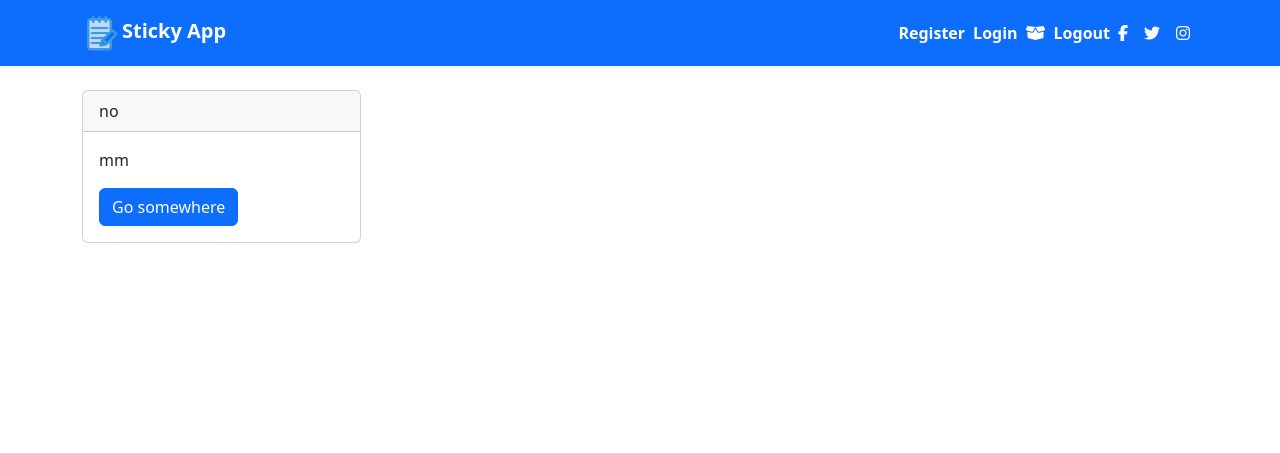
Repository: Mennaaymangalal/Sticky-App
Page: /note
The author's editor kept a copy of each file at every save. The page is drawn from the files as they stood at one save, then again after a run of saves.
The browser window is 1280 px wide. The pictures show the whole page.
The project was rebuilt for these pictures with package versions that can differ from the ones it lists, and the page was loaded fresh each time. Also part of the build but not shown: vite.config.js, src/Pages/Home/Home.jsx, src/Pages/Login/Login.jsx, src/Pages/NotFound/NotFound.jsx, src/Pages/SignUp/SignUp.jsx.

Above is the page before, as saved 2025-04-04 15:54:17.

### src/main.jsx
import { StrictMode } from 'react'
import { createRoot } from 'react-dom/client'
import App from './App.jsx'
import 'bootstrap/dist/css/bootstrap.min.css';
import '@fortawesome/fontawesome-free/css/all.min.css'

createRoot(document.getElementById('root')).render(
  <StrictMode>
    <App />
  </StrictMode>,
)

### src/App.jsx
import { createBrowserRouter, RouterProvider } from 'react-router-dom';
import MainLayout from './Layouts/MainLayout/MainLayout';
import Home from './Pages/Home/Home';
import Login from './Pages/Login/Login';
import NotFound from './Pages/NotFound/NotFound';
import Note from './Pages/Note/Note';
import AuthContextProvider from './Contexts/AuthContext/AuthContext';
import SignUp from './Pages/SignUp/SignUp';



function App() {
const router =  createBrowserRouter([
    {path:"" , element: <MainLayout/> , children:[
      {index:true , element:<Home/>},
      {path:"note" , element:<Note/>},
      {path:"login" , element:<Login/>},
      {path:"signup", element:<SignUp/>},
      {path:"*" , element:<NotFound/>},
    ]}
  ])

  return (
    <>
    <AuthContextProvider>
    <RouterProvider router={router}></RouterProvider>
    </AuthContextProvider>

    </>
  )
}

export default App

### src/Layouts/MainLayout/MainLayout.jsx
import React from 'react'
import NavbarCom from '../../Components/NavbarComp/NavbarCom'
import { Outlet } from 'react-router-dom'

export default function MainLayout() {
  return (
    <>
    <NavbarCom/>
    <div className="container">
    <Outlet/>
    </div>
    </>
  )
}

### src/Pages/Note/Note.jsx
import React from 'react'
import Button from 'react-bootstrap/Button';
import Card from 'react-bootstrap/Card';


export default function Note({note}) {
  console.log(note)
  return (
    <>
     <div className="col-3 py-4">
     <Card>
      <Card.Header>no</Card.Header>
      <Card.Body>
        <Card.Text>
        mm
        </Card.Text>
        <Button variant="primary">Go somewhere</Button>
      </Card.Body>
    </Card>
     </div>
    </>
  )
}

### src/Contexts/AuthContext/AuthContext.jsx
import { createContext, useState } from "react";


 export const authContext = createContext()

 export default function AuthContextProvider({children}){

    const [IsLoggedIn , setIsLoggedIn] = useState(localStorage.getItem("token") != null)

    return <authContext.Provider value={{IsLoggedIn , setIsLoggedIn}}>
    {children}
    </authContext.Provider>
 }

### src/Components/NavbarComp/NavbarCom.jsx
import Container from 'react-bootstrap/Container';
import Nav from 'react-bootstrap/Nav';
import Navbar from 'react-bootstrap/Navbar';
import logo from '../../assets/notelogo.png'
import { NavLink } from 'react-router-dom';

export default function  NavbarCom() {
  return (
    // bg-body-tertiary
    <Navbar collapseOnSelect expand="lg" className="bg-primary">
      <Container>

        <Navbar.Brand className='text-white fw-bold' href="#home">
        <img src={logo} alt=""   style={{ width: '40px', height: '40px' }} />
          Sticky App
        </Navbar.Brand>
        <Navbar.Toggle aria-controls="responsive-navbar-nav"  />
        <Navbar.Collapse id="responsive-navbar-nav" >


          <Nav className="ms-auto d-flex gap-2">
          <NavLink to={'signup'} className=" text-white text-start text-decoration-none">
           <p className='mb-0 fw-semibold'>Register</p>
          </NavLink>
          <NavLink to={'login'} className=" text-white text-start text-decoration-none">
           <p className='mb-0 fw-semibold'>Login</p>
          </NavLink>
          <NavLink to={"note"}>
          <div className="text-start">
            <i className="fa-solid fa-box-open text-white mb-0"></i>
            </div>
          </NavLink>
          <NavLink to={'login'} className=" text-white text-start text-decoration-none">
           <p className='mb-0 fw-semibold'>Logout</p>
          </NavLink>
           </Nav>


          <Nav>
            <Nav.Link href="" className='d-flex gap-3'>
              <i className="fa-brands fa-facebook-f text-white"></i>
              <i className="fa-brands fa-twitter text-white"></i>
              <i className="fa-brands fa-instagram text-white"></i>
              </Nav.Link>
          </Nav>
        </Navbar.Collapse>
      </Container>
    </Navbar>
  );
}

Loaded but not shown: index.html (common file)

After the next 4 saves:
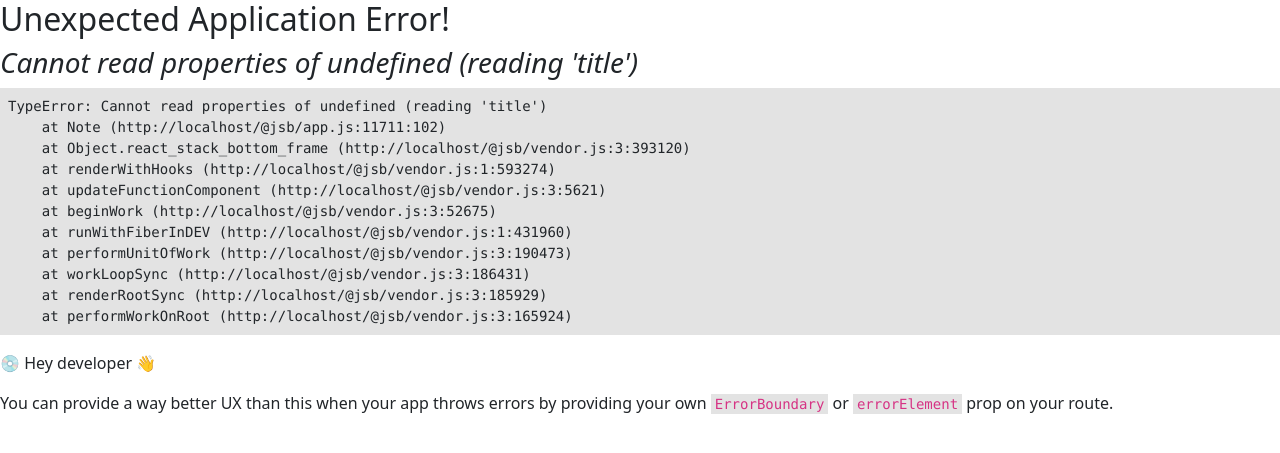
The 4 saves are shown as one change because they came seconds apart.
The last was saved 11 s later.
--- a/src/Pages/Note/Note.jsx
+++ b/src/Pages/Note/Note.jsx
@@ -9,7 +9,7 @@ export default function Note({note}) {
     <>
      <div className="col-3 py-4">
      <Card>
-      <Card.Header>no</Card.Header>
+      <Card.Header>{note.title}</Card.Header>
       <Card.Body>
         <Card.Text>
         mm
